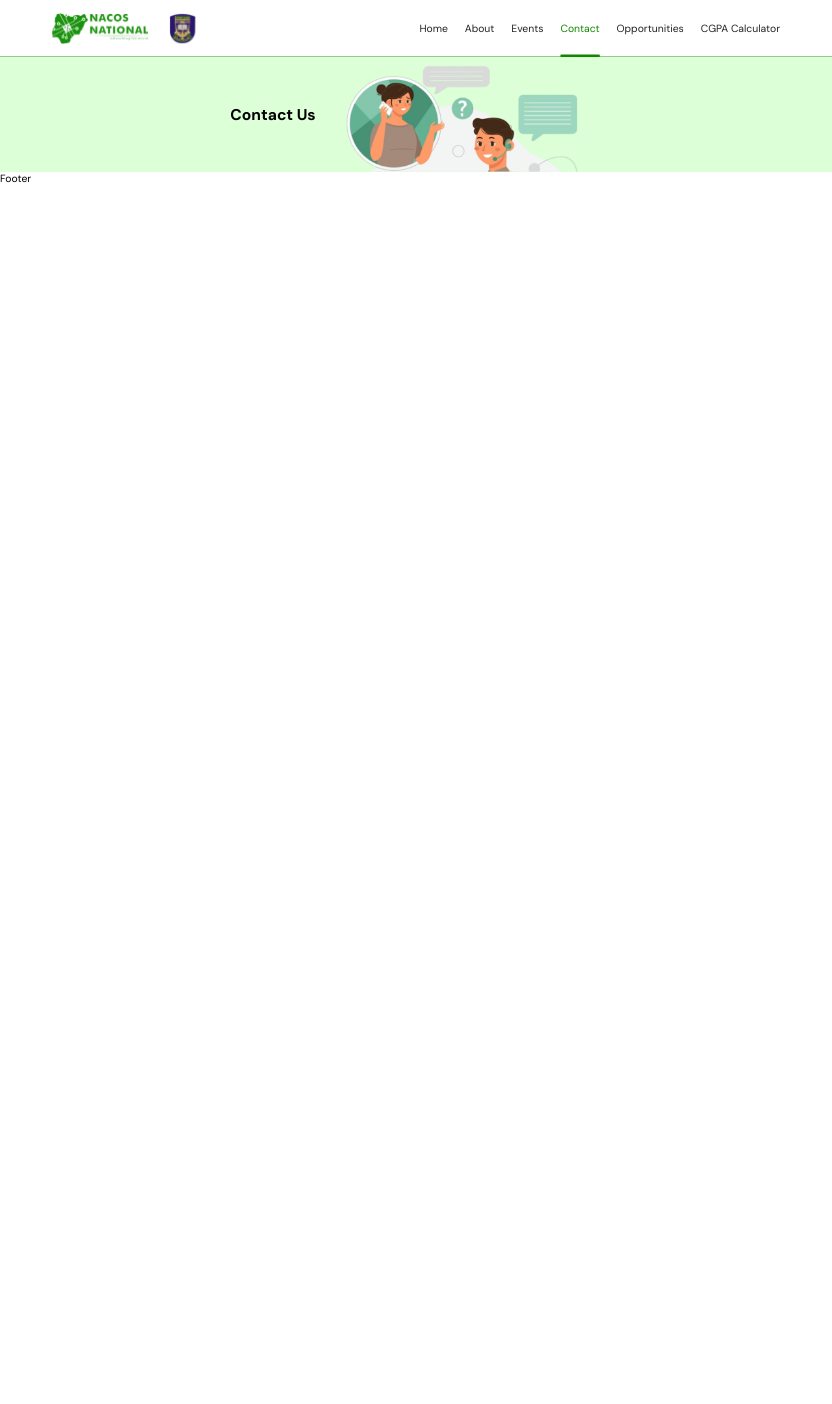
Repository: nacossuil/Uil-Nacos-Web
Page: /contact (app in frontend/)
An editor plug-in stored every save of this project. The page is shown before and after the next save, followed by the edit.
The browser window is 1280 px wide. The pictures show the whole page, at 65% of full size.
The project was rebuilt for these pictures with package versions that can differ from the ones it lists, and the page was loaded fresh each time. Also part of the build but not shown: frontend/vite.config.js, frontend/src/pages/Home/HomePage.jsx, frontend/src/pages/About/AboutPage.jsx, frontend/src/pages/Events/EventsPage.jsx, frontend/src/pages/Opportunities/OpportunitiesPage.jsx, frontend/src/pages/CgpaCalculator/CgpaCalculatorPage.jsx.

Above is the page before, as saved 2023-11-13 23:27:43.

### frontend/index.html
<!doctype html>
<html lang="en">

<head>
  <meta charset="UTF-8" />
  <link rel="icon" type="image/svg+xml" href="./src/assets/nacos-logo.svg" />
  <meta name="viewport" content="width=device-width, initial-scale=1.0" />
  <title>Vite + React</title>
</head>

<body>
  <div id="root"></div>
  <script type="module" src="/src/main.jsx"></script>
</body>

</html>

### frontend/src/App.jsx
import { useState } from "react";
import "./App.css";
import Navbar from "./components/Navbar/Navbar";
import { Routes, Route } from "react-router-dom";
import HomePage from "./pages/Home/HomePage";
import ContactPage from "./pages/Contact/ContactPage";
import Footer from "./components/Footer/Footer";
import AboutPage from "./pages/About/AboutPage";
import EventsPage from "./pages/Events/EventsPage";
import OpportunitiesPage from "./pages/Opportunities/OpportunitiesPage";
import CgpaCalculatorPage from "./pages/CgpaCalculator/CgpaCalculatorPage";
import ScrollToTop from "./assets/up-arrow-icon.svg?react";
function App() {
  const [scrollToTopVisible, setScrollToTopVisible] = useState(false);

  const toggleVisible = () => {
    const scrolled = document.documentElement.scrollTop;
    if (scrolled > 300) {
      setScrollToTopVisible(true);
    } else if (scrolled <= 300) {
      setScrollToTopVisible(false);
    }
  };

  const scrollToTop = () => {
    window.scrollTo({
      top: 0,
      behavior: "smooth",
    });
  };
  window.addEventListener("scroll", toggleVisible);
  return (
    <main>
      <Navbar />
      <Routes>
        <Route path="/" element={<HomePage />} />
        <Route path="/about" element={<AboutPage />} />
        <Route path="/events" element={<EventsPage />} />
        <Route path="/contact" element={<ContactPage />} />
        <Route path="/opportunities" element={<OpportunitiesPage />} />
        <Route path="/calculator" element={<CgpaCalculatorPage />} />
      </Routes>
      <Footer />
      {scrollToTopVisible ? (
        <div
          className="scroll-to-top-icon"
          onClick={() => {
            scrollToTop();
          }}
        >
          <ScrollToTop />
        </div>
      ) : null}
    </main>
  );
}

export default App;

### frontend/src/index.css
@import url('https://fonts.googleapis.com/css2?family=DM+Sans:opsz,wght@9..40,300;9..40,400;9..40,500;9..40,600;9..40,700&family=Mulish:wght@200;300;400;500;600;700&display=swap');
:root {
  font-size: 16px;
}
*{
  box-sizing: border-box;
  margin: 0;
  padding: 0;
}
body {
  margin: 0;
}

### frontend/src/App.css
@import url('https://fonts.googleapis.com/css2?family=DM+Sans&display=swap');

body {
  font-family: 'DM Sans', sans-serif;
}

main {
  position: relative;
  min-height: 300vh;
}

.scroll-to-top-icon {
  position: fixed;
  bottom: 16.1875rem;
  right: 6.25rem;
}

### frontend/src/components/Navbar/Navbar.jsx
import { useState } from "react";
import "./Navbar.css";
import { NavLink, Link } from "react-router-dom";

const Navbar = () => {
  // An array which contains link objects.
  // This makes it easier to add/remove links without having to tamper with existing markup
  const links = [
    {
      title: "Home",
      path: "/",
    },
    {
      title: "About",
      path: "/about",
    },
    {
      title: "Events",
      path: "/events",
    },
    {
      title: "Contact",
      path: "/contact",
    },
    {
      title: "Opportunities",
      path: "/Opportunities",
    },
    {
      title: "CGPA Calculator",
      path: "/calculator",
    },
  ];
  //state to keep track of the scroll position.
  const [scrolled, setScrolled] = useState(false);

  // function to toggle state when scrolled
  const toggle = () => {
    if (window.scrollY > 40) {
      setScrolled(true);
    } else {
      setScrolled(false);
    }
  };
  window.addEventListener("scroll", toggle);

  return (
    <header className={scrolled ? "scrolled" : ""}>
      <Link to={"/"}>
        <div>
          <img src="/src/assets/nacos-logo.svg" alt="" />
          <img src="/src/assets/unilorin-logo.svg" alt="" />
        </div>
      </Link>
      <nav>
        {/* Mapping over the links array and generating individual links
        The key for each link is it's title  */}
        {links.map((link) => (
          <NavLink to={link.path} key={link.title} end>
            {link.title}
          </NavLink>
        ))}
      </nav>
    </header>
  );
};

export default Navbar;

### frontend/src/pages/Contact/ContactPage.jsx
import './ContactPage.css'
import Img from '../../assets/customer-support.png'

const ContactPage = () => {
  return (
    <section className="c-wrapper">
      <div className="c-container">
        <div className="c-heading">
          <h1>Contact Us</h1>
        </div>
        <div className="image-container">
          <img src={Img} alt="bgImg" />
        </div>
      </div>
    </section>
  )
}

export default ContactPage

### frontend/src/components/Footer/Footer.jsx
const Footer = () => {
  return (
    <footer>Footer</footer>
  )
}

export default Footer

### frontend/src/components/Navbar/Navbar.css
/* Making minimal use of classes to avoid class colision issues and specificity problems */

header {
    height: 5.5rem;
    width: 100%;
    display: flex;
    justify-content: space-between;
    align-items: center;
    font-family: 'DM Sans', sans-serif;
    font-size: 1rem;
    padding-inline: 5rem;
    border-bottom: solid 1px #138601;
    position: sticky;
    top: 0;
    transition: background .3s;
}

nav {
    display: flex;
    gap: 1.625rem;
    /*gap provided in the desing*/

}

nav a {
    color: #212521;
    text-decoration: none;
    position: relative;
}

header div {
    display: flex;
    gap: 2rem;
}

nav a.active {
    color: #138601;
}

/* using the after pseudo-class to create horizontal bars beneath active links */
nav a.active::after {
    content: '';
    position: absolute;
    bottom: -2.125rem;
    left: 0;
    background-color: #138601;
    width: 100%;
    height: 0.25rem;
    border-radius: 0.375rem;
}

/* utility class to change background of navigation on scroll */
header.scrolled {
    background-color: #FFFFFF;
}

### frontend/src/pages/Contact/ContactPage.css
.c-wrapper {
    position: relative;
}

.c-container {
    background: #dcffd7;
    display: flex;
    flex-wrap: wrap;
    justify-content: center;
    align-items: center;
    text-align: center;
}

.c-heading {

}

### frontend/src/pages/Opportunities/Opportunitiespage.css
.opportunities {
  /*###### CUSTOM VARIABLES ######*/
  --color-primary-tint: hsla(112, 99%, 92%);
  --color-primary-shade: hsl(112, 99%, 26%);
  --text-color: hsla(120, 6%, 14%, 1);
  --text-color-light: hsla(108, 10%, 10%, 0.8);

  --font-family: "DM Sans", sans-serif;

  --fs-heading: 2.5rem;
  --fs-text-md: 1rem;
  --fs-text-lg: 1.75rem;
  --fs-text-sm: 0.875rem;

  --line-height-text: 1.6;
  --btn-radius: 3vw;

  /* GlOBAL STYLINGS */
  font-family: var(--font-family);
}

/*###### GLOBAL RESETS ######*/
* {
  box-sizing: border-box;
  margin: 0;
  padding: 0;
}

.opportunities > * {
  font-family: inherit;
}

img {
  /* Making images responsive */
  display: block;
  max-width: 100%;
}

/*###### RE-USABLE CLASSES ######*/
.container {
  /* max-width: Ideal width not decided yet */
  width: 85%;
  margin-inline: auto;
}

.heading {
  font-size: var(--fs-heading);
  font-weight: 600;
  margin-bottom: 2rem;
}

.text-md {
  font-size: var(--fs-text-md);
  font-weight: 500;
  line-height: var(--line-height-text);
  margin-bottom: 2rem;
}

.btn {
  display: inline-block;
  padding: 0.75em 1.5em;
  font-size: var(--fs-text-md);
  font-weight: 500;
  color: var(--color-primary-tint);
  background-color: var(--color-primary-shade);
  border: 0;
  border-radius: var(--btn-radius);
  cursor: pointer;
}

/*##### INTRO SECTION #####*/
.section-intro {
  padding-block: 3rem;
  background-color: var(--color-primary-tint);
}

.intro__content {
  display: grid;
  grid-template-columns: repeat(2, 1fr);
  align-items: center;
}

.intro__content-img-box {
  display: grid;
  place-items: center;
}

.intro__content-img-box img {
  width: 80%;
}

Loaded but not shown: frontend/src/main.jsx (common file)

After the next save:
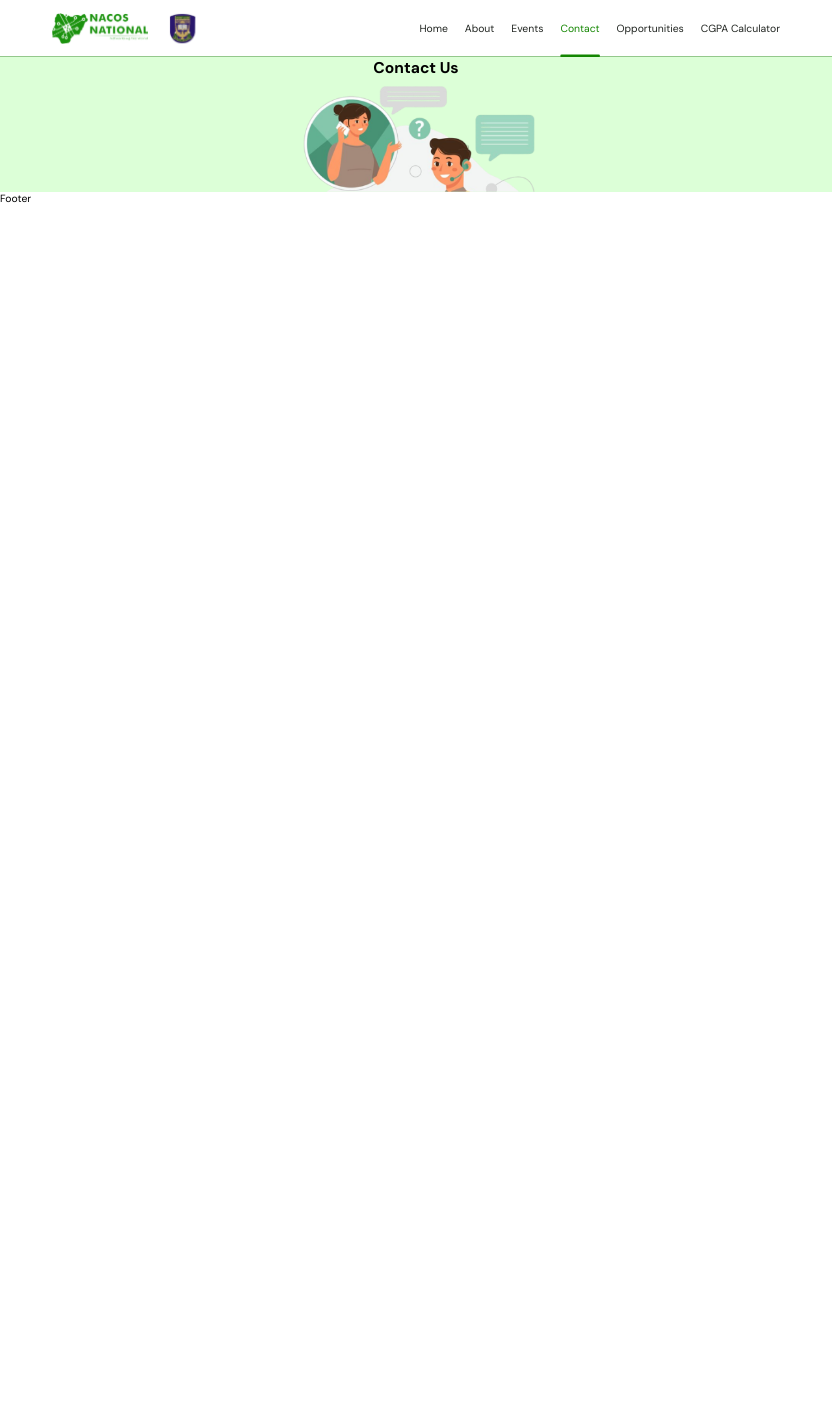
Saved 8 min 36 s later.
--- a/frontend/src/pages/Contact/ContactPage.jsx
+++ b/frontend/src/pages/Contact/ContactPage.jsx
@@ -5,11 +5,13 @@
   return (
     <section className="c-wrapper">
       <div className="c-container">
-        <div className="c-heading">
-          <h1>Contact Us</h1>
-        </div>
-        <div className="image-container">
-          <img src={Img} alt="bgImg" />
+        <div className="first">
+          <div className="c-heading">
+            <h1>Contact Us</h1>
+          </div>
+          <div className="image-container">
+            <img src={Img} alt="bgImg" />
+          </div>
         </div>
       </div>
     </section>
